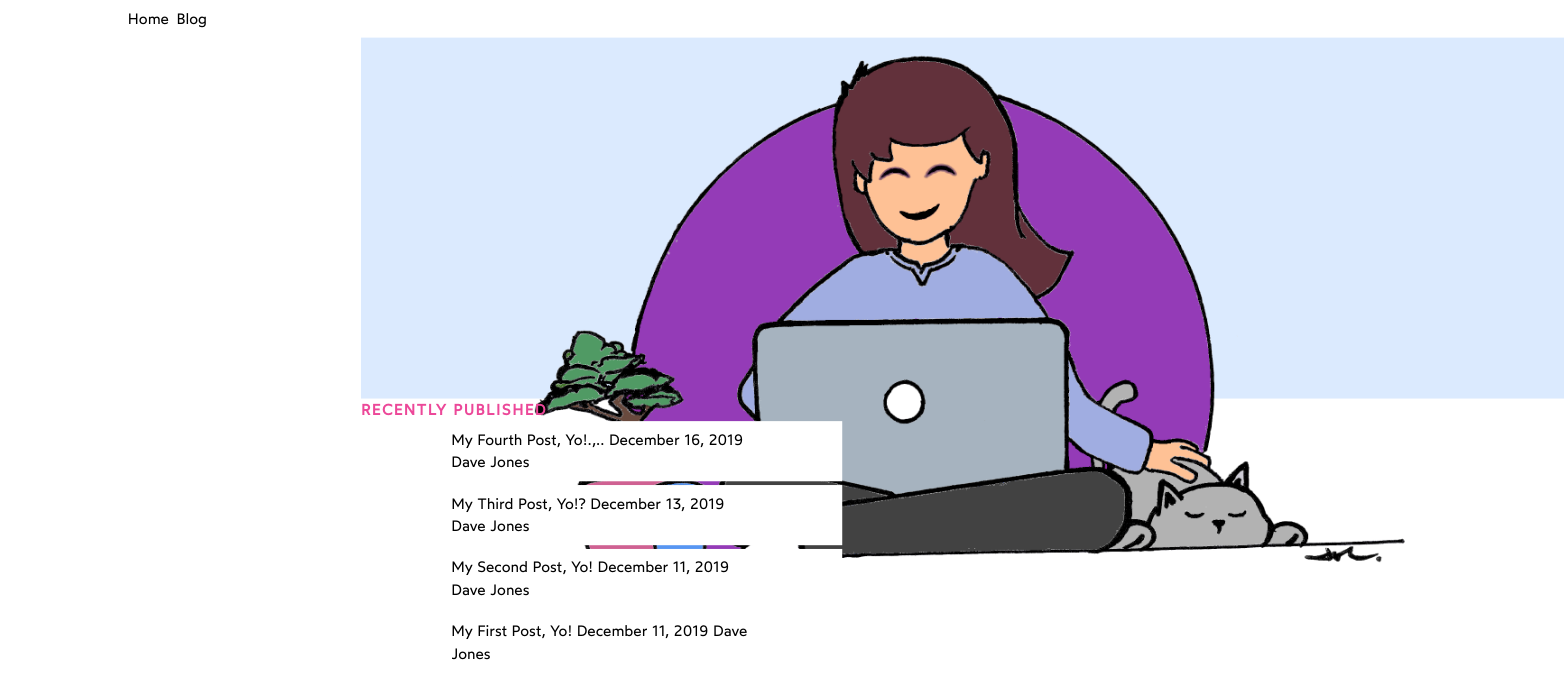
Repository: Risclover/markdown-blog
Page: /
The author's editor kept a copy of each file at every save. The page is drawn from the files as they stood at one save, then again after the next save.
The browser window is 1280 px wide. The page is 1664 px wide, then 1280 px, so the pictures cover 1664 px, including what lies to the right of the window. The pictures show the whole page, at 94% of full size.
The project was rebuilt for these pictures with package versions that can differ from the ones it lists, and the page was loaded fresh each time.

Above is the page before, as saved 2023-06-27 18:13:57.

### src/index.js
import React from "react";
import ReactDOM from "react-dom/client";
import { BrowserRouter as Router } from "react-router-dom";
import "./fonts/wotfard-cufonfonts-webfont/style.css";

import "./index.css";
import App from "./App";

const root = ReactDOM.createRoot(document.getElementById("root"));
root.render(
  <Router>
    <App />
  </Router>
);

### src/fonts/wotfard-cufonfonts-webfont/style.css
/* #### Generated By: http://www.cufonfonts.com #### */

    @font-face {
    font-family: 'Wotfard Regular';
    font-style: normal;
    font-weight: normal;
    src: local('Wotfard Regular'), url('Wotfard-Regular.woff') format('woff');
    }

### src/index.css
*,
*::before,
*::after {
  box-sizing: border-box;
}
* {
  margin: 0;
}
body {
  line-height: 1.5;
  min-height: 100vh;
  -webkit-font-smoothing: antialiased;
}
img,
picture,
video,
canvas,
svg {
  display: block;
  max-width: 100%;
}
input,
button,
textarea,
select {
  font: inherit;
}
p,
h1,
h2,
h3,
h4,
h5,
h6 {
  overflow-wrap: break-word;
}
#root,
#__next {
  isolation: isolate;
}

### src/App.js
import "./App.css";
import { Route, Routes } from "react-router-dom";
import Home from "./pages/Home";
import NavBar from "./components/NavBar";

function App() {
  return (
    <div class="bg-white-100 min-h-screen">
      <div class="max-w-screen-lg m-auto">
        <NavBar />
        <Routes>
          <Route path="/" element={<Home />} />
        </Routes>
      </div>
    </div>
  );
}

export default App;

### src/pages/Home.js
import React, { useEffect } from "react";
import postList from "../posts.json";
import HomeHeader from "../components/HomeHeader";

export default function Home() {
  console.log(postList);

  postList.sort((a, b) => {
    let aPost = a.timestamp;
    let bPost = b.timestamp;

    return bPost - aPost;
  });

  return (
    <div className="container max-w-lg font-sans mx-auto">
      <HomeHeader />
      <h2 className="uppercase text-base font-semibold tracking-widest text-pink-500">
        Recently Published
      </h2>
      <div className="grid grid-cols-1 gap-1 grid-flow-row">
        {postList.map((post) => (
          <div key={post.id} className="container px-24 py-2 bg-white">
            {post.title} {post.date} {post.author}
          </div>
        ))}
      </div>
    </div>
  );
}

### src/components/NavBar.js
import React from "react";

export default function NavBar() {
  return (
    <div class="py-2">
      <ul class="flex">
        <li class="mx-2">Home</li>
        <li>Blog</li>
      </ul>
    </div>
  );
}

### src/posts.json
[{"id":4,"title":"My Third Post, Yo!?","subtitle":"No subtitle given","description":"No description given","author":"Dave Jones","date":"December 13, 2019","timestamp":1576224000,"content":"\nWelcome to My Blog. _It's a beautiful thing._ I hope you'll have as much fun reading my posts as I have writing them. Well, before we go any further, allow me to introduce myself. I'm Dave Jones. I'm 34, and from Montreal, Canada.\n"},{"id":3,"title":"My Second Post, Yo!","subtitle":"No subtitle given","description":"No description given","author":"Dave Jones","date":"December 11, 2019","timestamp":1576051200,"content":"\nWelcome to My Blog. _It's a beautiful thing._ I hope you'll have as much fun reading my posts as I have writing them. Well, before we go any further, allow me to introduce myself. I'm Dave Jones. I'm 34, and from Montreal, Canada.\n"},{"id":2,"title":"My Fourth Post, Yo!.,..","subtitle":"No subtitle given","description":"No description given","author":"Dave Jones","date":"December 16, 2019","timestamp":1576483200,"content":"\nWelcome to My Blog. _It's a beautiful thing._ I hope you'll have as much fun reading my posts as I have writing them. Well, before we go any further, allow me to introduce myself. I'm Dave Jones. I'm 34, and from Montreal, Canada.\n"},{"id":1,"title":"My First Post, Yo!","subtitle":"This is a subtitle.","description":"Happy Pride month! In this tutorial, I'll share a handful of my favourite animation tricks. You'll learn how to build an animated wavy pride flag using CSS keyframes and linear gradients. We'll also see how to make it dynamic using React. 🏳️‍🌈","author":"Dave Jones","date":"December 11, 2019","timestamp":1576051200,"content":"\nWelcome to My Blog. _It's a beautiful thing._ I hope you'll have as much fun reading my posts as I have writing them. Well, before we go any further, allow me to introduce myself. I'm Dave Jones. I'm 34, and from Montreal, Canada.\n"}]

### src/components/HomeHeader.js
import React from "react";
import Avatar from "../images/avatar.png";
export default function HomeHeader() {
  return (
    <div class="h-96 w-screen bg-blue-100">
      <div>
        <img class="w-9/12  m-auto" src={Avatar} />
      </div>
    </div>
  );
}

### tailwind.config.js
/** @type {import('tailwindcss').Config} */
module.exports = {
  content: [
    "./app/**/*.{js,ts,jsx,tsx,mdx}",
    "./pages/**/*.{js,ts,jsx,tsx,mdx}",
    "./components/**/*.{js,ts,jsx,tsx,mdx}",

    // Or if using `src` directory:
    "./src/**/*.{js,ts,jsx,tsx,mdx}",
  ],
  theme: {
    fontFamily: {
      sans: ["Wotfard Regular", "sans-serif"],
    },
    extend: {},
  },
  plugins: [],
};

Loaded but not shown: public/index.html (common file); src/App.css (common file)

After the next save:
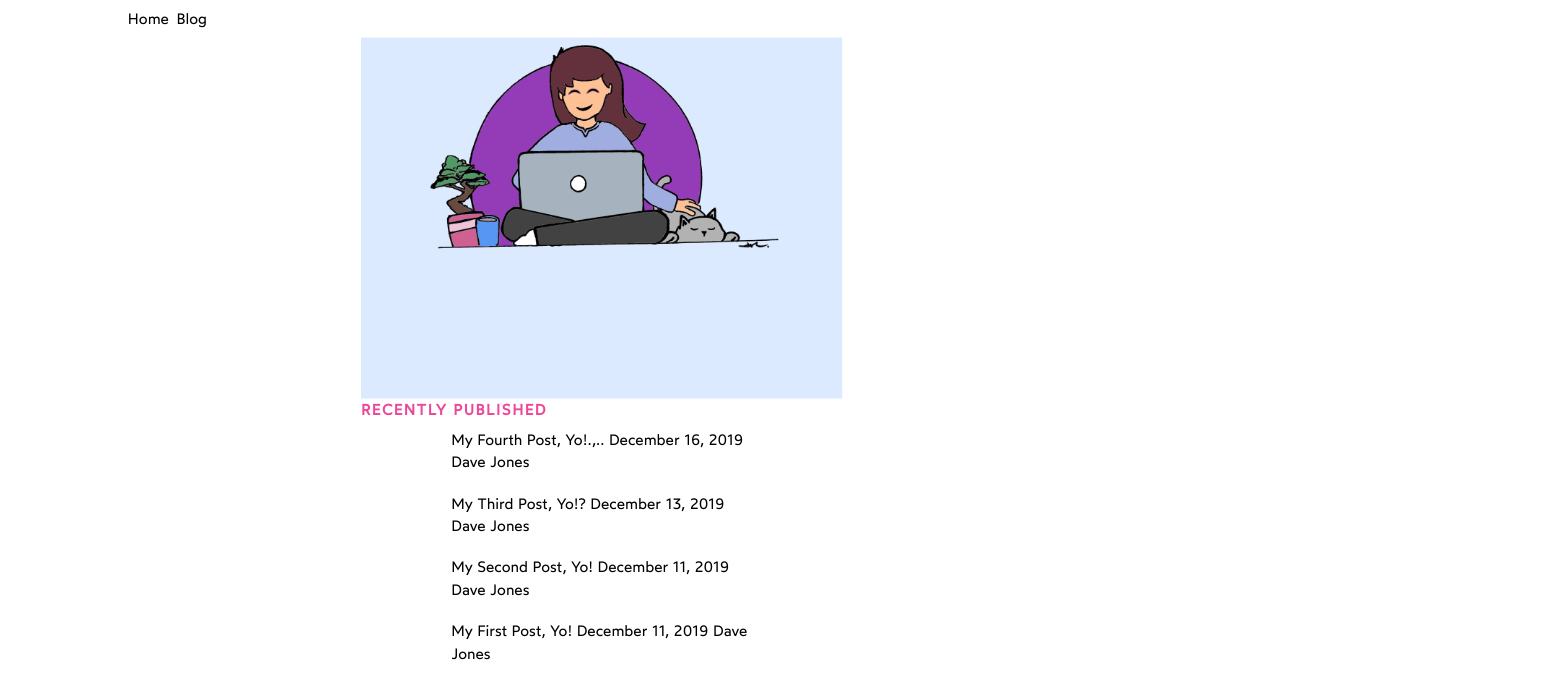
Saved 15 h 43 min later.
--- a/src/components/HomeHeader.js
+++ b/src/components/HomeHeader.js
@@ -2,7 +2,7 @@ import React from "react";
 import Avatar from "../images/avatar.png";
 export default function HomeHeader() {
   return (
-    <div class="h-96 w-screen bg-blue-100">
+    <div class="h-96 bg-blue-100">
       <div>
         <img class="w-9/12  m-auto" src={Avatar} />
       </div>
